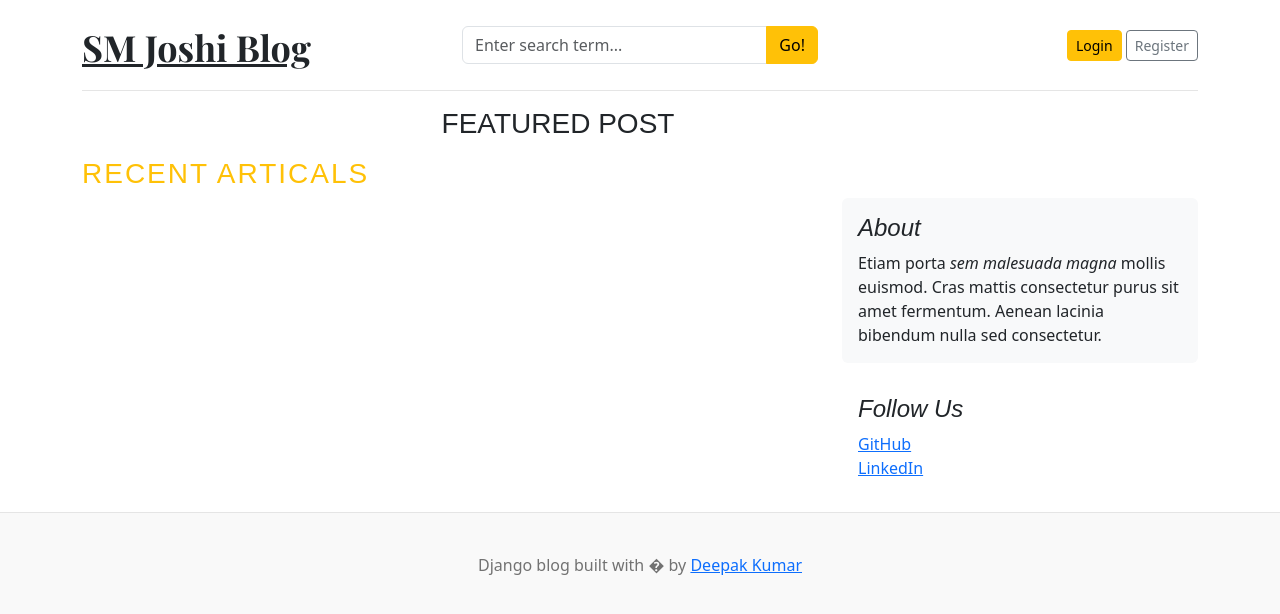
Repository: vijayholve/Blog-Website-Django
Page: templates/home.html
These files come from the project's save history. The page is drawn as it stood at one moment and after the next save; the edit follows.
The browser window is 1280 px wide. The pictures show the whole page.
Some web fonts or font styles are not loaded; a fallback is used. The template is drawn by Django 5.2. The application's start-up code is not run. The template is opened directly, without the code that normally fills it, so the values that code supplies are empty.

Above is the page before, as saved 2025-01-29 16:22:54.

After the next save:
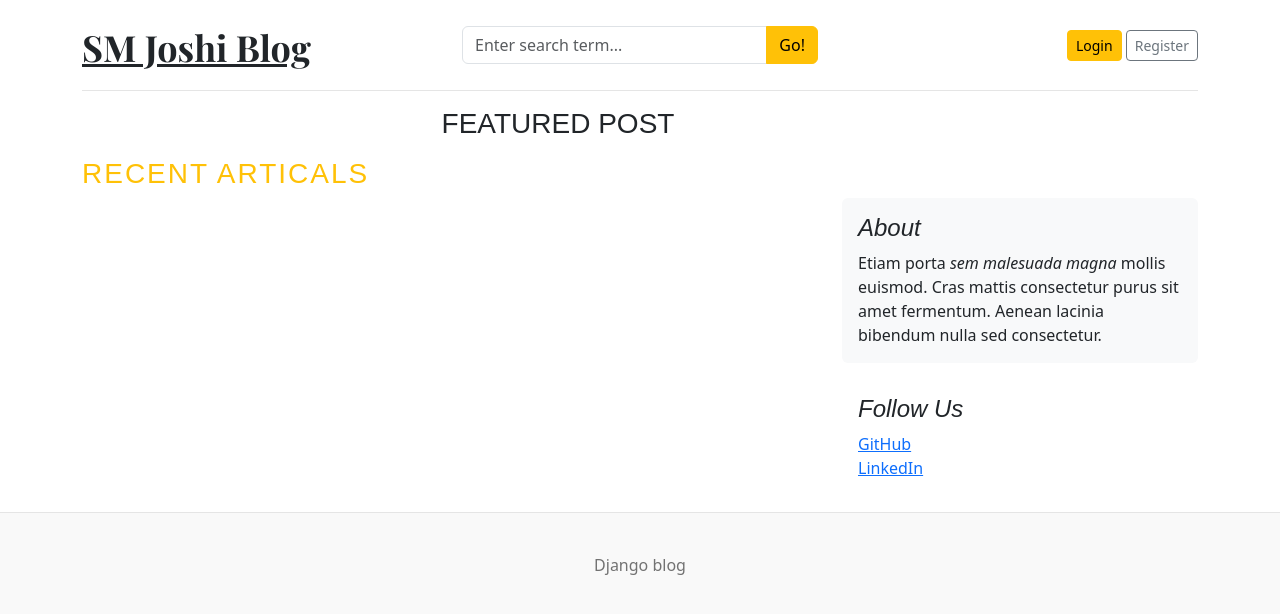
Saved 35 s later.
--- a/templates/base/footer.html
+++ b/templates/base/footer.html
@@ -1,5 +1,5 @@
 <footer class="blog-footer">
-    <p>Django blog built with � by <a href="#">Deepak Kumar</a></p>
+    <p>Django blog </a></p>
   </footer>
   </body>
   </html>
